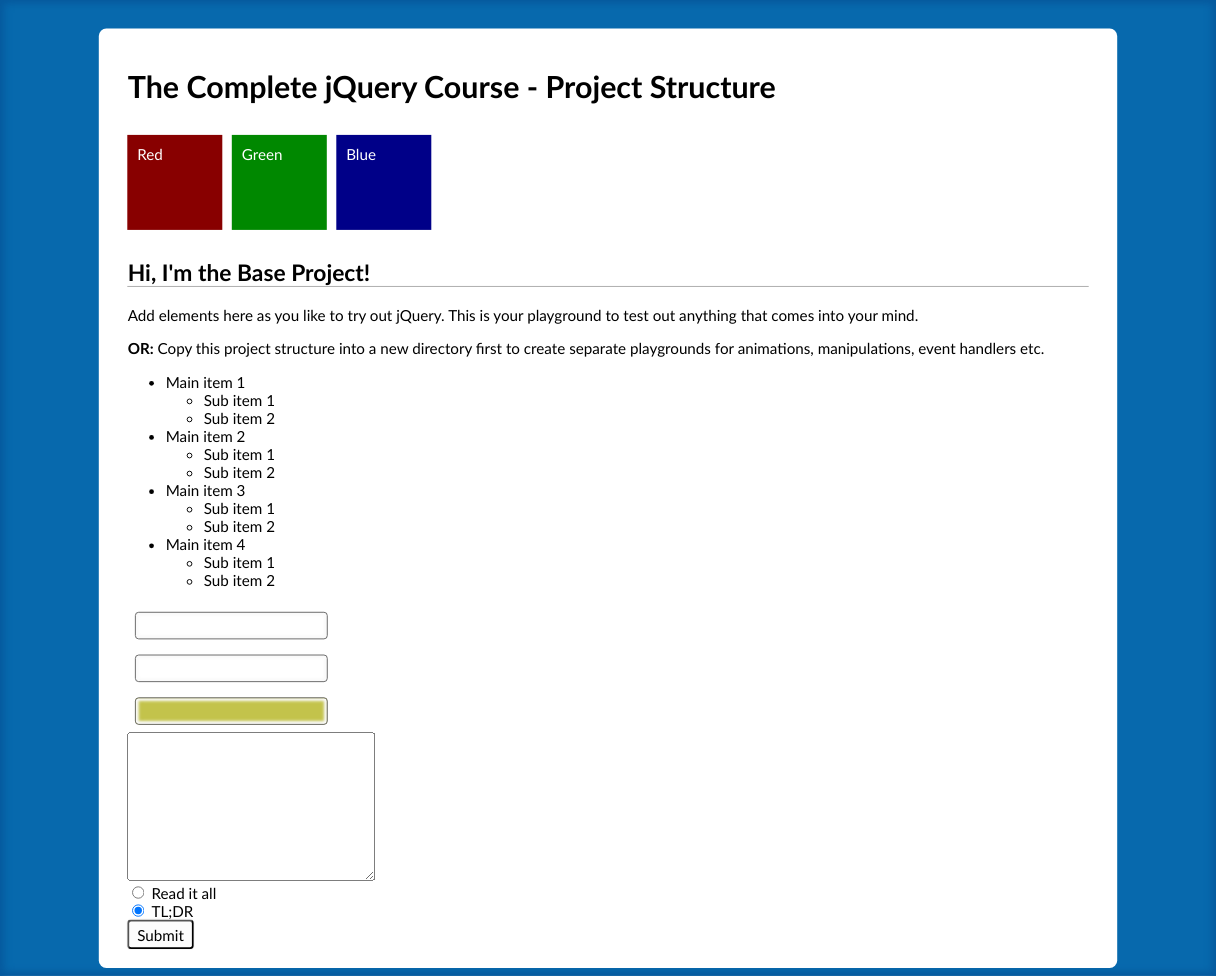
Repository: vpriyankaprabhu/Jquery-examples
Page: 03/traversals/index.html
The author's editor kept a copy of each file at every save. The page is drawn from the files as they stood at one save, then again after a run of saves.
The browser window is 1280 px wide. The pictures show the whole page, at 95% of full size.

Above is the page before, as saved 2024-12-29 18:27:54.

After the next 7 saves:
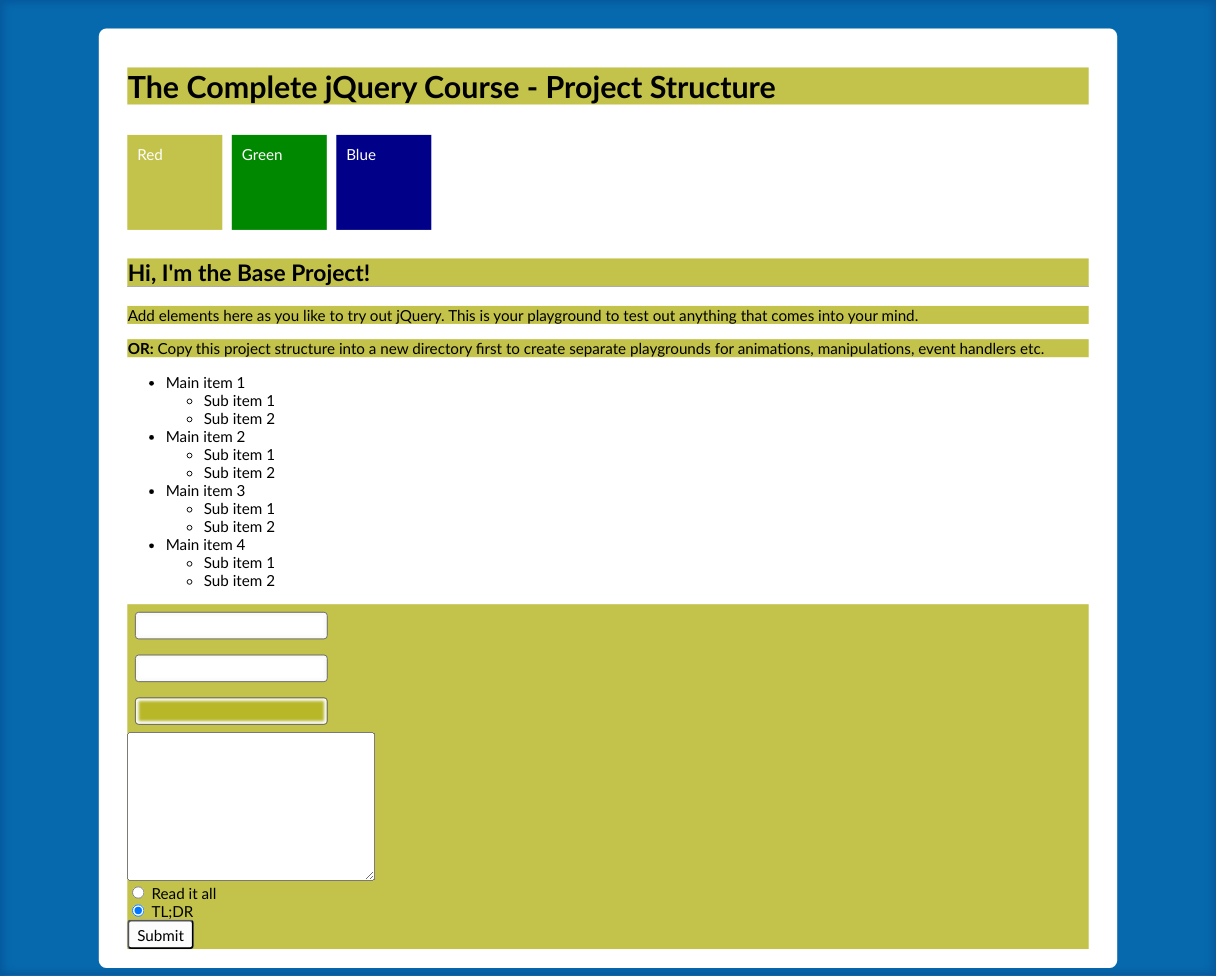
The 7 saves are shown as one change because they came seconds apart.
The last was saved 22 s later.
--- a/03/traversals/js/script.js
+++ b/03/traversals/js/script.js
@@ -19,23 +19,23 @@
   // highlight(body);
 
   // Select the (unique) direct parent of an element
-  // var content = $("#list").parent();
-  // // highlight(content);
+  var content = $("#list").parent();
+  // highlight(content);
 
   // Search through siblings on the same level in the HTML hierarchy
-  // var siblingHeadlines = $("#list").siblings(":header");
-  // highlight(siblingHeadlines);
+  var siblingHeadlines = $("#list").siblings(":header");
+  highlight(siblingHeadlines);
 
   // Select the previous sibling of a selected element
-  // var previous = $("#list").prev();
-  // highlight(previous);
+  var previous = $("#list").prev();
+  highlight(previous);
 
   // Select the next sibling of a selected element
-  // var next = $("#list").next();
-  // highlight(next);
+  var next = $("#list").next();
+  highlight(next);
 
-  // var headerNextElements = $(":header").next();
-  // highlight(headerNextElements);
+  var headerNextElements = $(":header").next();
+  highlight(headerNextElements);
 
   var passwordInputElements = $("input[type=password]");
   highlight(passwordInputElements);
